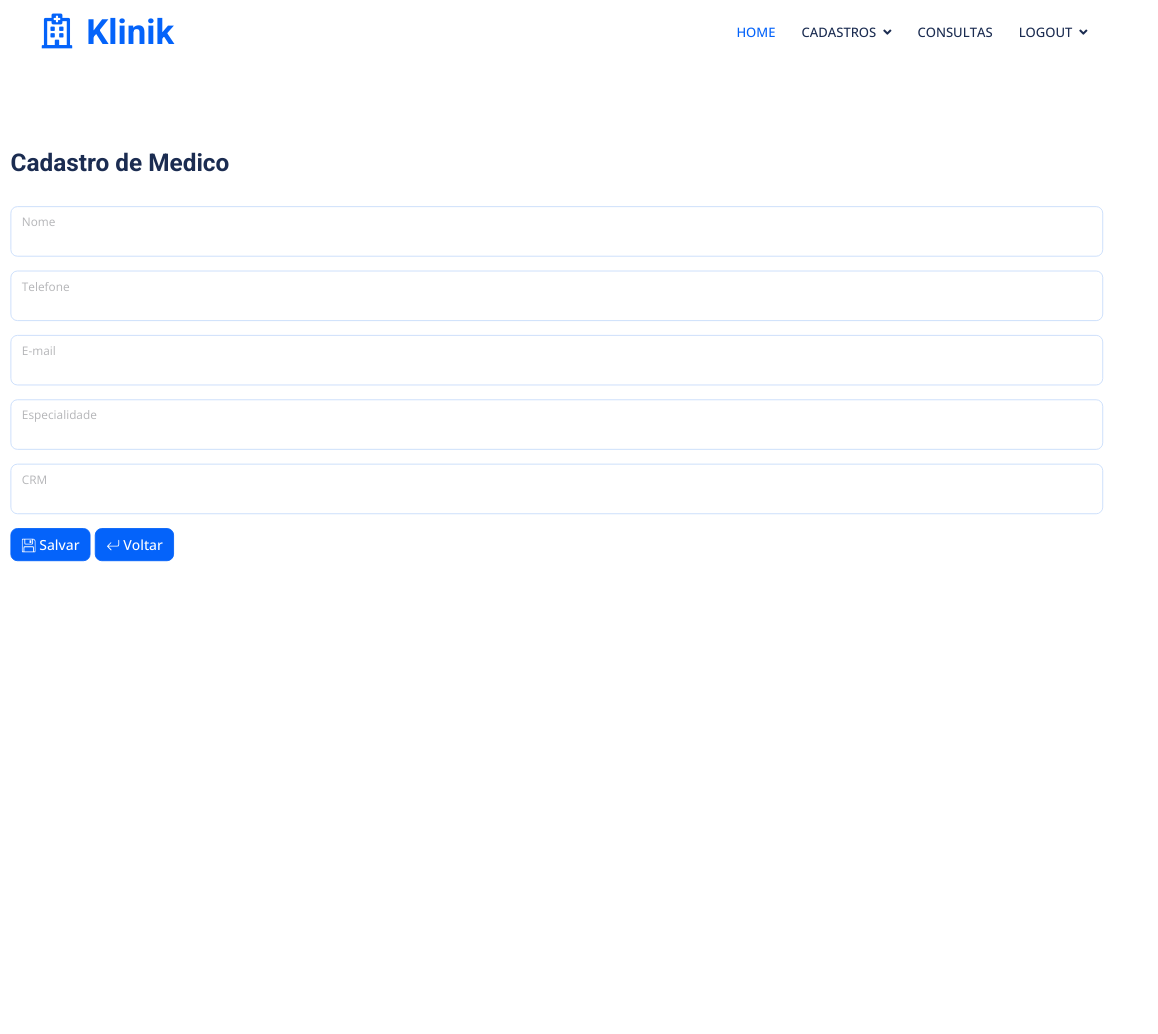
Repository: henrickrufino91/AgendaConsultas
Page: http://localhost/medico/novoMedico
These files come from the project's save history. The page is drawn as it stood at one moment and after the next save; the edit follows.
The browser window is 1280 px wide. The page is 1331 px wide, so the pictures cover 1331 px, including what lies to the right of the window. The pictures show the whole page, at 87% of full size.
Some web libraries are served in a nearby version. The page is this project's Thymeleaf template; nobody is signed in. The template is opened directly, without the code that normally fills it, so the values that code supplies are empty.

Above is the page before, as saved 2024-12-26 17:01:21.

After the next save:
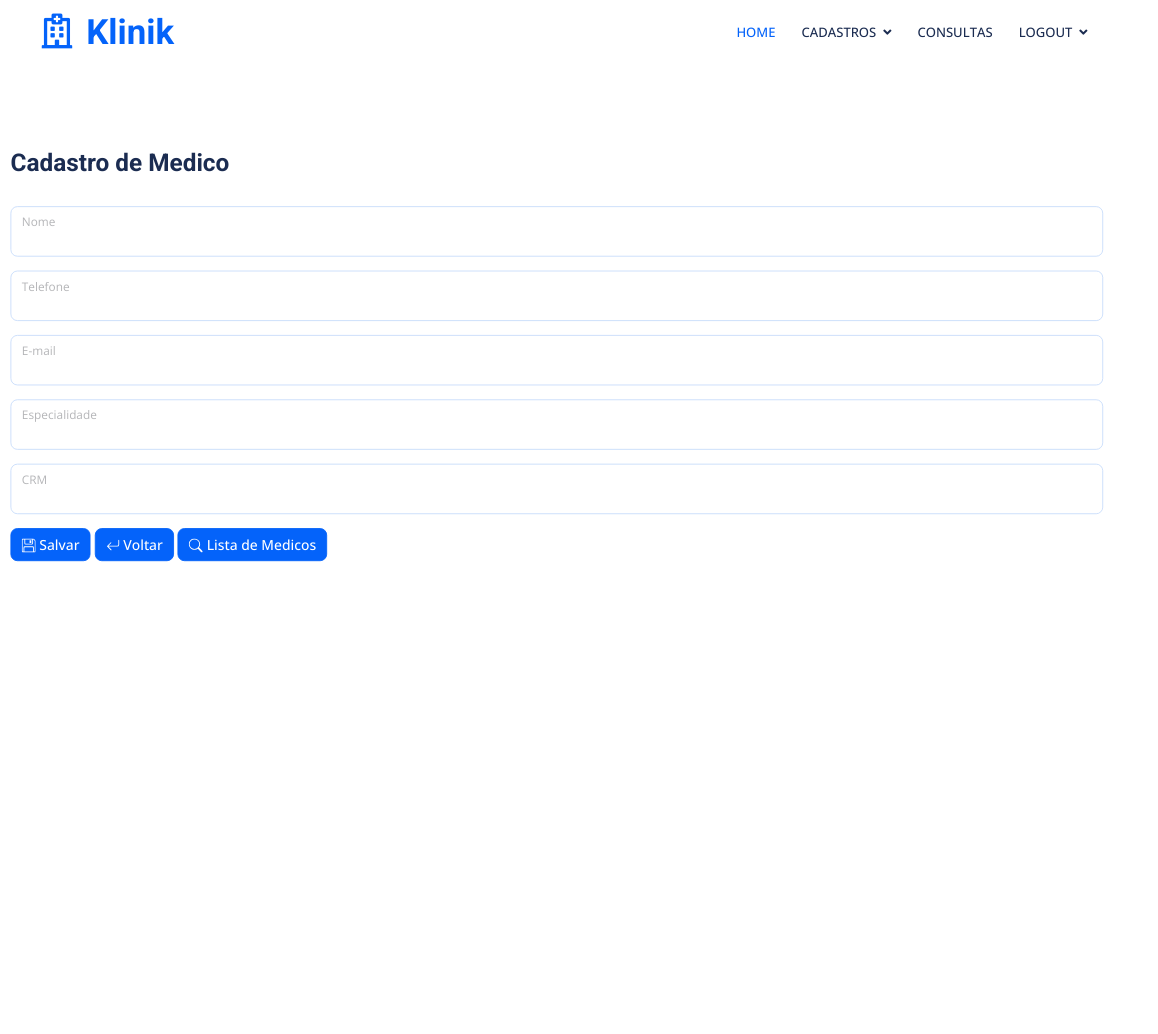
Saved 21 s later.
--- a/clinica/src/main/resources/templates/medico/novoMedico.html
+++ b/clinica/src/main/resources/templates/medico/novoMedico.html
@@ -148,6 +148,11 @@
   											<path fill-rule="evenodd" d="M14.5 1.5a.5.5 0 0 1 .5.5v4.8a2.5 2.5 0 0 1-2.5 2.5H2.707l3.347 3.346a.5.5 0 0 1-.708.708l-4.2-4.2a.5.5 0 0 1 0-.708l4-4a.5.5 0 1 1 .708.708L2.707 8.3H12.5A1.5 1.5 0 0 0 14 6.8V2a.5.5 0 0 1 .5-.5"/>
 											</svg> Voltar</a>
 
+                                            <a class="btn btn-primary" th:href="@{/listarConsultas}"><svg xmlns="http://www.w3.org/2000/svg" width="16" height="16" fill="currentColor" class="bi bi-search" viewBox="0 0 16 16">
+  											<path d="M11.742 10.344a6.5 6.5 0 1 0-1.397 1.398h-.001q.044.06.098.115l3.85 3.85a1 1 0 0 0 1.415-1.414l-3.85-3.85a1 1 0 0 0-.115-.1zM12 6.5a5.5 5.5 0 1 1-11 0 5.5 5.5 0 0 1 11 0"/>
+											</svg> Lista de Medicos</a>
+
+
 
                                             </div>
 
